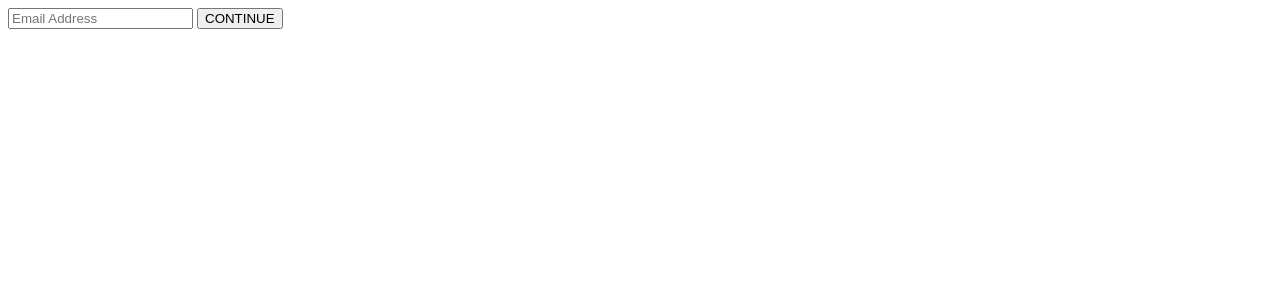
Repository: idan226688/WorkTrack
Page: kaveret.html
These files come from the project's save history. The page is drawn as it stood at one moment and after the next save; the edit follows.
The browser window is 1280 px wide. The pictures show the whole page.

Above is the page before, as saved 2023-08-30 17:10:35.

### kaveret.html
<!DOCTYPE html>
<html lang="en">
<head>
    <meta charset="UTF-8">
    <meta name="viewport" content="width=device-width, initial-scale=1.0">
    <title>Kaveret</title>
</head>
<body>
    <div id="Login-container">
        <input id="phone" placeholder="Email Address">
        <button type="button" id="continue">CONTINUE</button>
    </div>
</body>
</html>

After the next save:
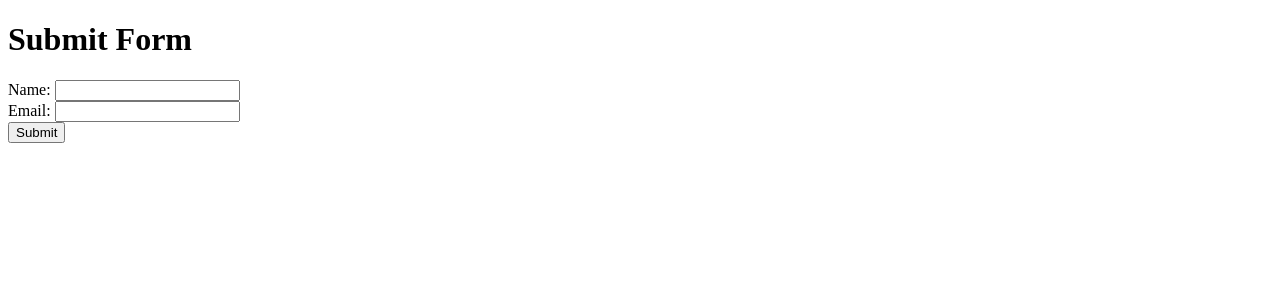
Saved 1 s later.
--- a/kaveret.html
+++ b/kaveret.html
@@ -1,14 +1,18 @@
 <!DOCTYPE html>
-<html lang="en">
+<html>
 <head>
-    <meta charset="UTF-8">
-    <meta name="viewport" content="width=device-width, initial-scale=1.0">
-    <title>Kaveret</title>
+  <title>Submit Form</title>
 </head>
 <body>
-    <div id="Login-container">
-        <input id="phone" placeholder="Email Address">
-        <button type="button" id="continue">CONTINUE</button>
-    </div>
+  <h1>Submit Form</h1>
+  <form action="/submit" method="post">
+    <label for="name">Name:</label>
+    <input type="text" id="name" name="name" required><br>
+
+    <label for="email">Email:</label>
+    <input type="email" id="email" name="email" required><br>
+
+    <button type="submit">Submit</button>
+  </form>
 </body>
 </html>
